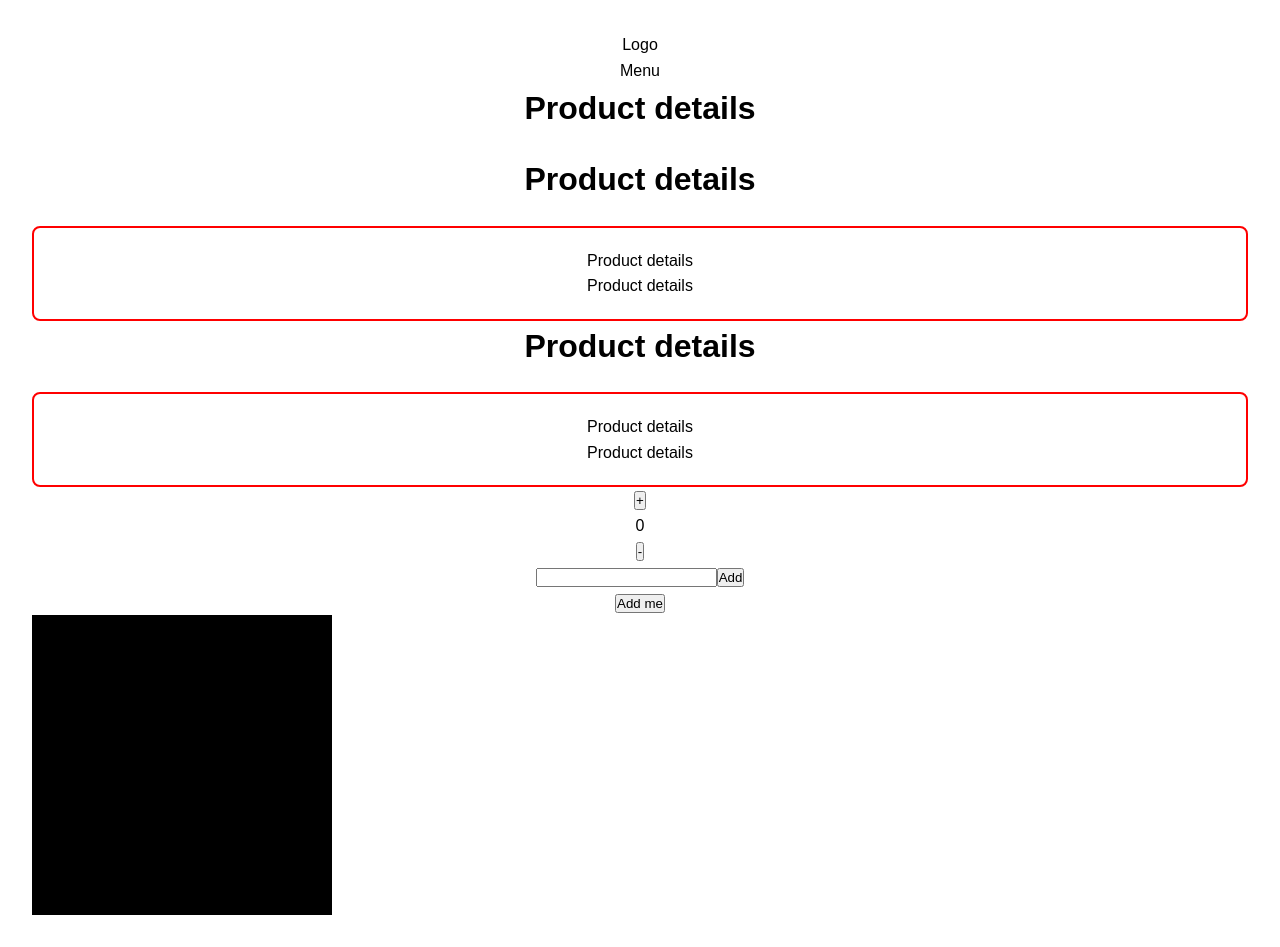
Repository: Manny1294/react-learning
Page: /
An editor plug-in stored every save of this project. The page is shown before and after the next save, followed by the edit.
The browser window is 1280 px wide. The pictures show the whole page.
The project was rebuilt for these pictures with package versions that can differ from the ones it lists, and the page was loaded fresh each time. Also part of the build but not shown: vite.config.js.

Above is the page before, as saved 2026-01-30 16:26:52.

After the next save:
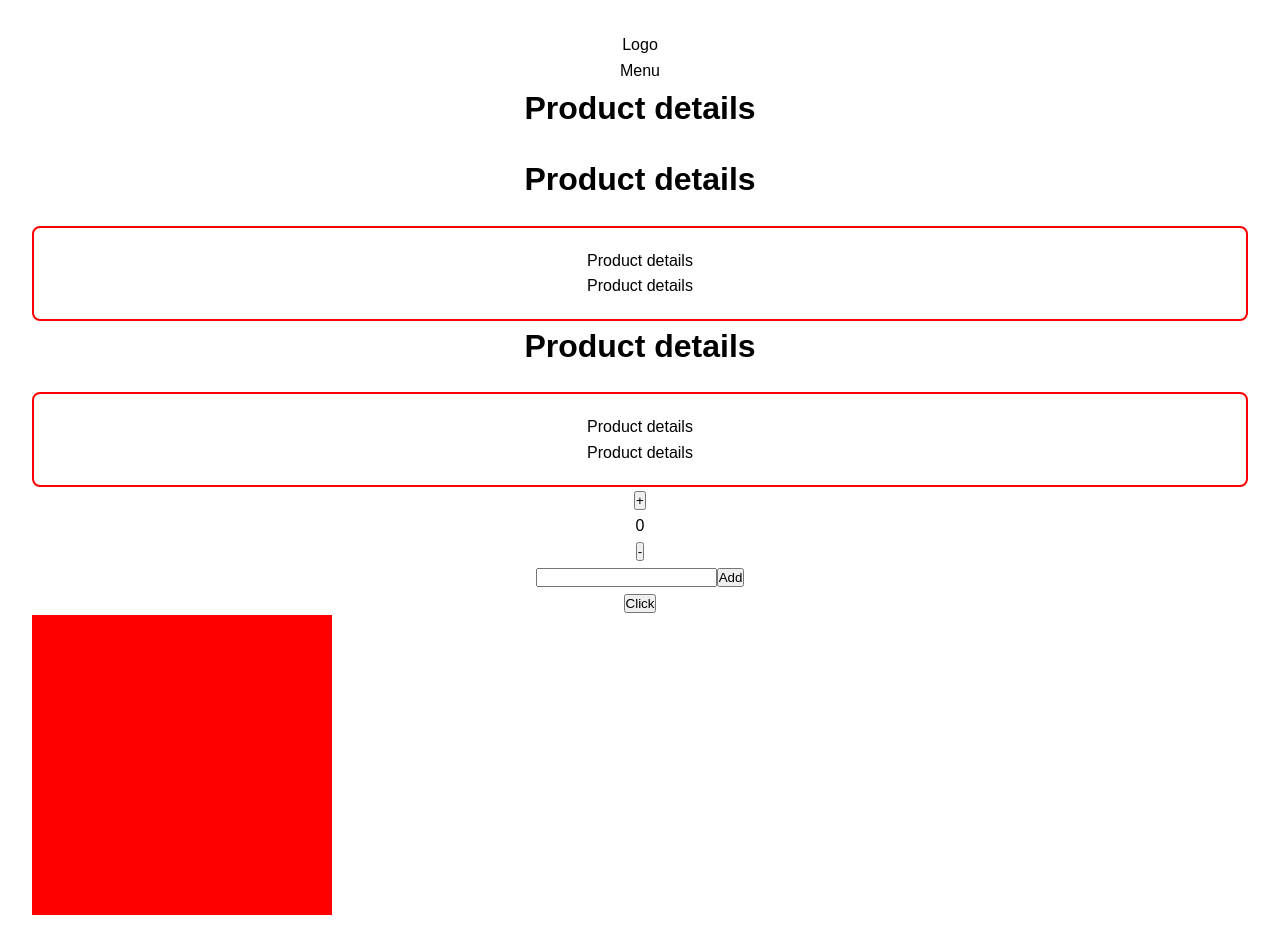
Saved 19 s later.
--- a/src/components/Toggle.jsx
+++ b/src/components/Toggle.jsx
@@ -6,10 +6,10 @@ export default function Toggle() {
   return (
     <>
       <div>
-        <button>Add me</button>
+        <button>Click</button>
         <div
           style={{
-            backgroundColor: isdark ? "black" : "black",
+            backgroundColor: isdark ? "black" : "red",
             width: "300px",
             height: "300px",
           }}
